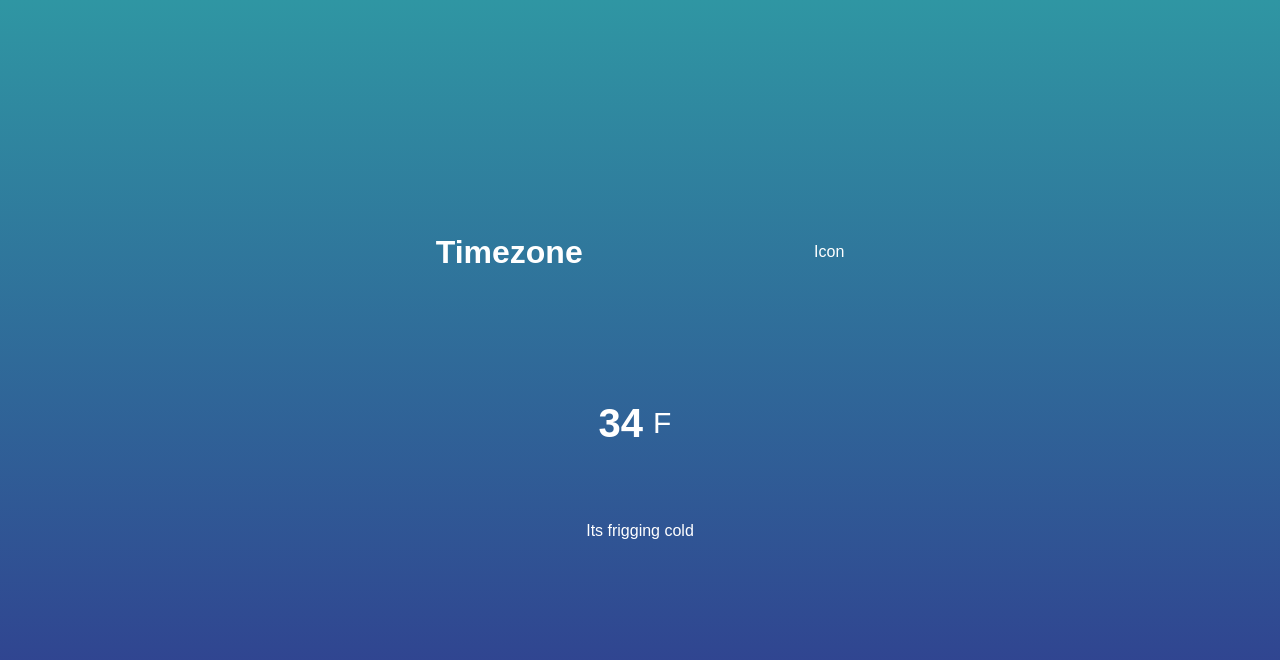
Repository: iphyokafor/weather-app
Page: index.html
An editor plug-in stored every save of this project. The page is shown before and after the next save, followed by the edit.
The browser window is 1280 px wide. The pictures show the whole page.

Above is the page before, as saved 2020-01-21 11:19:43.

### index.html
<!DOCTYPE html>
<html lang="en">

<head>
    <meta charset="UTF-8">
    <meta name="viewport" content="width=device-width, initial-scale=1.0">
    <meta http-equiv="X-UA-Compatible" content="ie=edge">
    <link rel="stylesheet" href="style.css">
    <title>Weather app</title>
</head>

<body>
    <div class="location">
        <h1 class="location-timezone">Timezone</h1>
        <p>Icon</p>
    </div>
    <div class="temperature">
        <div class="degree-section">
            <h2 class="temperature-degree">34</h2>
            <span>F</span>
        </div>
        <div class="temperature-description">Its frigging cold</div>
    </div>
    <script src="./app.js"></script>
</body>

</html>

### style.css
* {
    margin: 0;
    padding: 0;
    box-sizing: border-box;
}

body {
    height: 100vh;
    display: flex;
    justify-content: center;
    flex-direction: column;
    align-items: center;
    background: linear-gradient(rgb(47, 150, 163), rgb(48, 62, 143));
    font-family: sans-serif;
    color: white;
}

.location,
.temperature {
    height: 30vh;
    width: 50%;
    display: flex;
    justify-content: space-around;
    align-items: center;
}

.temperature {
    flex-direction: column;
}

.degree-section {
    display: flex;
    align-items: center;
}

.degree-section span {
    margin: 10px;
    font-size: 30px;
}

.degree-section h2 {
    font-size: 40px;
}

Loaded but not shown: app.js (no copy from this time; the picture is the same without it)

After the next save:
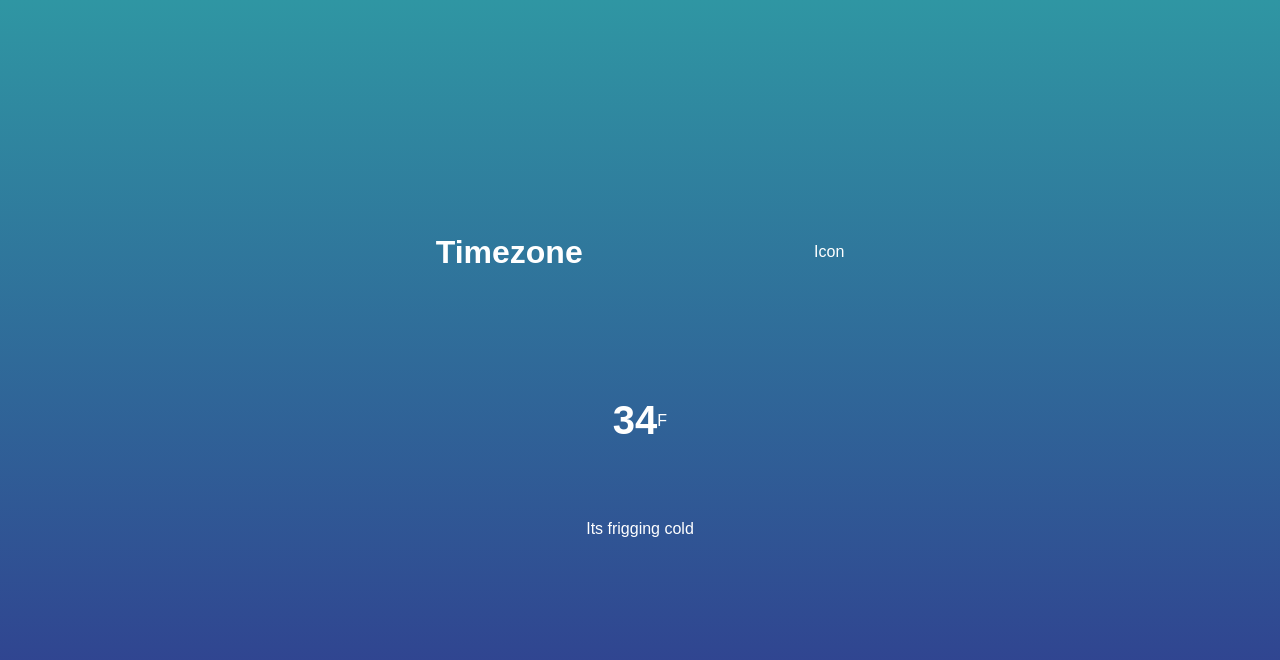
Saved 48 s later.
--- a/style.css
+++ b/style.css
@@ -33,10 +33,11 @@
     align-items: center;
 }
 
-.degree-section span {
+
+/* .degree-section span {
     margin: 10px;
     font-size: 30px;
-}
+} */
 
 .degree-section h2 {
     font-size: 40px;

After the save that followed:
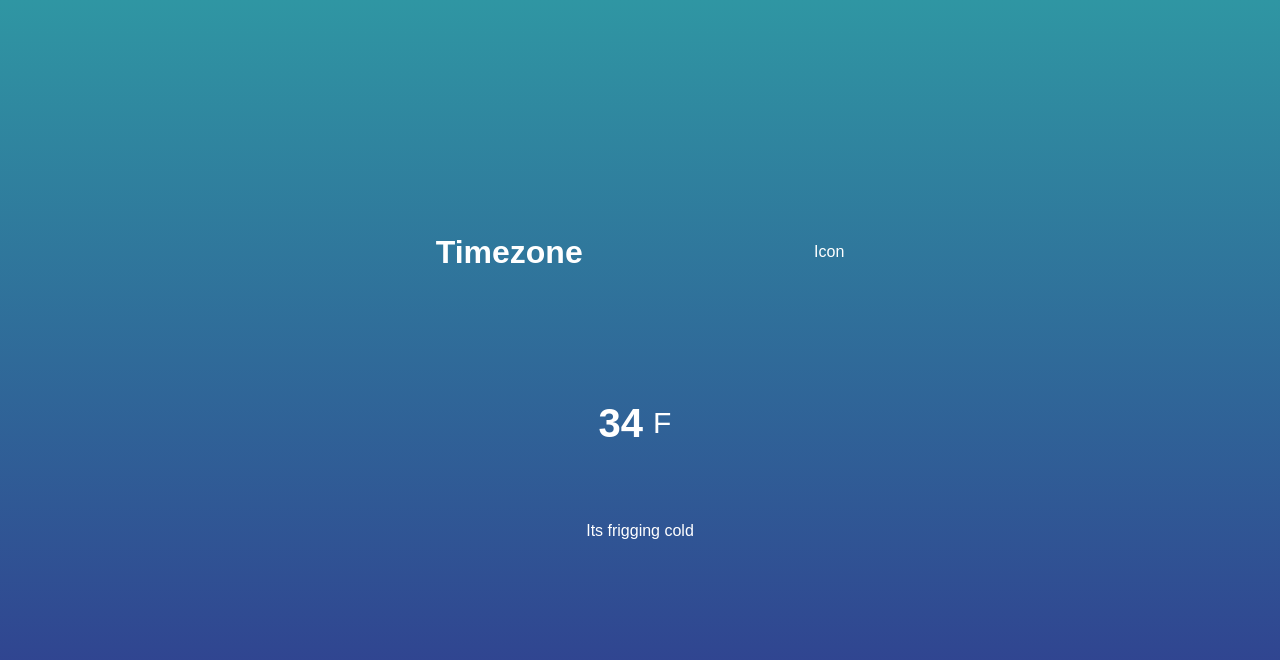
Saved 20 s later.
--- a/style.css
+++ b/style.css
@@ -33,11 +33,10 @@
     align-items: center;
 }
 
-
-/* .degree-section span {
+.degree-section span {
     margin: 10px;
     font-size: 30px;
-} */
+}
 
 .degree-section h2 {
     font-size: 40px;
